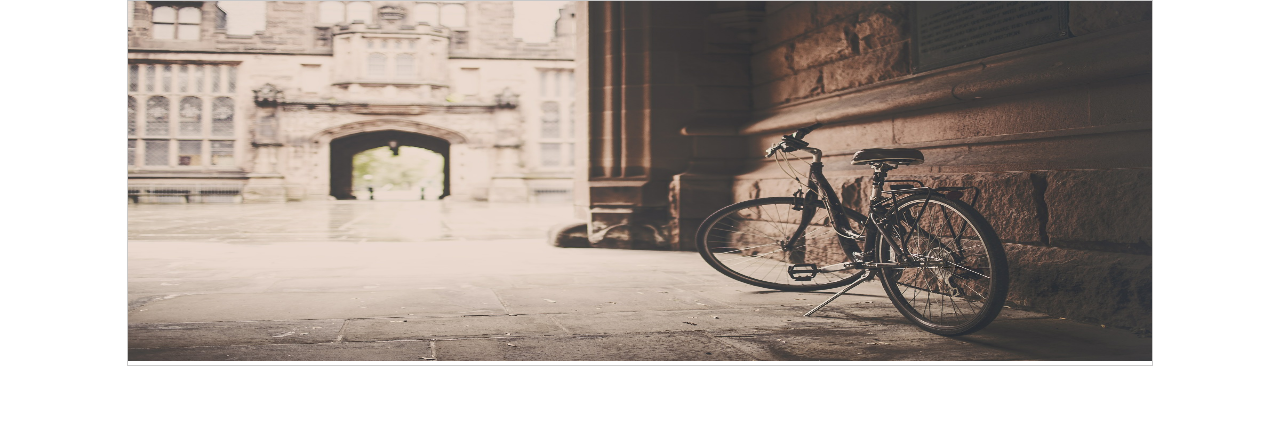
Repository: PatryxB/bikeService
Page: http://localhost/
These files come from the project's save history. The page is drawn as it stood at one moment and after the next save; the edit follows.
The browser window is 1280 px wide. The pictures show the whole page.
The page is served by the project's Laravel application, run on PHP 8.4 with Laravel 8. Other server files are loaded and not shown. Style sheets and scripts are compiled from the project's sources, by tool versions that may differ from the author's.

Above is the page before, as saved 2020-05-01 13:37:16.

### resources/views/welcome.blade.php
<!DOCTYPE html>
<html lang="{{ str_replace('_', '-', app()->getLocale()) }}">
    <head>
        <meta charset="utf-8">
        <meta name="viewport" content="width=device-width, initial-scale=1">

        <title>Laravel</title>

        <link rel="stylesheet" href="/css/app.css">

    </head>
    <body>

        <div class="container">
            <div class="banner">
                <img src="{{asset('/img/bikebanner.jpg')}}" alt="">
            </div>
        </div>

    </body>
</html>

### resources/sass/app.scss
html, body{
    box-sizing: border-box;
    margin: 0;
    padding: 0;
}
.container{
    width: 80%;
    margin: 0 auto;
    border: solid 1px rgba(165, 165, 165, .6);
}
.banner img{
    width: 100%;
    height: 50vh;
}

### resources/views/layouts/app.blade.php
<!doctype html>
<html lang="{{ str_replace('_', '-', app()->getLocale()) }}">
<head>
    <meta charset="utf-8">
    <meta name="viewport" content="width=device-width, initial-scale=1">

    <!-- CSRF Token -->
    <meta name="csrf-token" content="{{ csrf_token() }}">

    <title>{{ config('app.name', 'Laravel') }}</title>

    <!-- Scripts -->
    <script src="{{ asset('js/app.js') }}" defer></script>

    <!-- Fonts -->
    <link rel="dns-prefetch" href="//fonts.gstatic.com">
    <link href="https://fonts.googleapis.com/css?family=Nunito" rel="stylesheet">

    <!-- Styles -->
    <link href="{{ asset('css/app.css') }}" rel="stylesheet">
</head>
<body>
    <div id="app">
        <nav>
            @if (Route::has('login'))
                <div class="top-right links">
                    @auth
                        <a href="{{ url('/home') }}">Home</a>
                    @else
                        <a href="{{ route('login') }}">Login</a>

                        @if (Route::has('register'))
                            <a href="{{ route('register') }}">Register</a>
                        @endif
                    @endauth
                </div>
            @endif

        </nav>
        <main class="py-4">
            @yield('content')
        </main>
    </div>
</body>
</html>

Loaded but not shown: routes/web.php (common file); app/Http/Controllers/Auth/LoginController.php (common file); app/Http/Controllers/Controller.php (common file); app/Http/Controllers/Auth/ConfirmPasswordController.php (common file)

After the next save:
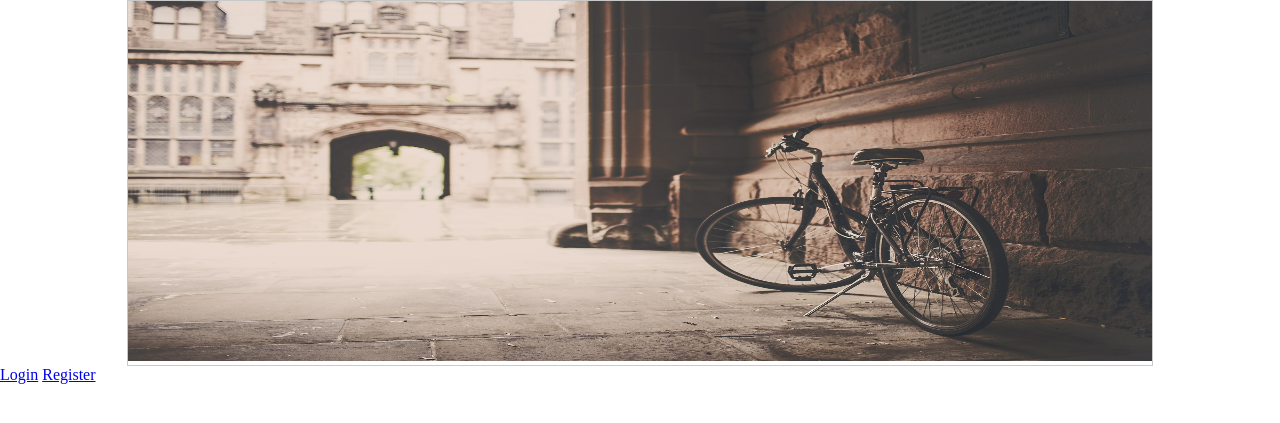
Saved 2 min 49 s later.
--- a/resources/views/welcome.blade.php
+++ b/resources/views/welcome.blade.php
@@ -12,6 +12,9 @@
     <body>
 
         <div class="container">
+            @extends('layouts.app')
+            @section('content')
+            @endsection
             <div class="banner">
                 <img src="{{asset('/img/bikebanner.jpg')}}" alt="">
             </div>
